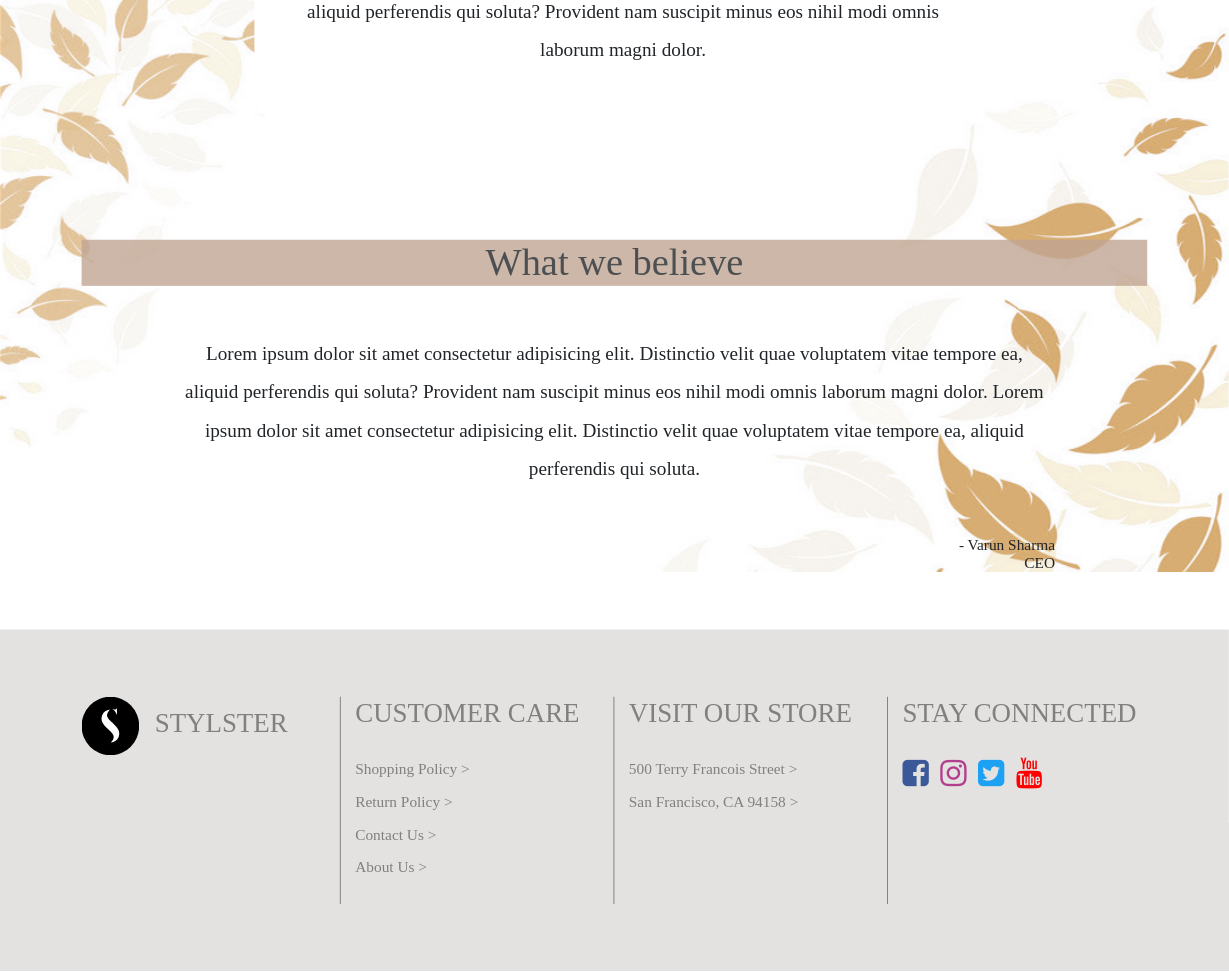
Repository: Lovekr/stylester
Page: stylster_frontend_design/career.html
The author's editor kept a copy of each file at every save. The page is drawn from the files as they stood at one save, then again after the next save.
The browser window is 1280 px wide. The pictures show the part of the page from y = 731 to 1743 px (the page is 1743 px tall), at 96% of full size.
Some web fonts or font styles are not loaded; a fallback is used.

Above is the page before, as saved 2020-03-04 12:42:49.

### stylster_frontend_design/career.html
<!DOCTYPE html>
<html lang="en">
<head>
    <meta charset="UTF-8">
    <meta name="viewport" content="width=device-width, initial-scale=1.0">
    <link rel="stylesheet" href="https://stackpath.bootstrapcdn.com/bootstrap/4.4.1/css/bootstrap.min.css" >
     <link rel="stylesheet" href="./css/owl.carousel.css">
     <link rel="stylesheet" href="./css//owl.theme.default.min.css">
     <link rel="stylesheet" href="https://cdnjs.cloudflare.com/ajax/libs/font-awesome/4.7.0/css/font-awesome.min.css">
    <link rel="stylesheet" href="./css/career.css">

    <title>STYLSTER</title>
</head>
<body>


  <div id="navbar">
    <nav class="navbar navbar-expand-lg navbar-light">
        <img class="pr-3"
        src="./asset/stylster logo1-01.svg"><a class="navbar-brand" href="#">STYLSTER</a>

      <button class="navbar-toggler" type="button" data-toggle="collapse" data-target="#navbarSupportedContent" aria-controls="navbarSupportedContent" aria-expanded="false" aria-label="Toggle navigation">
        <span class="navbar-toggler-icon"></span>
    </button>
        <div class="collapse navbar-collapse" id="navbarSupportedContent">
          <input type="text" placeholder="e.g. T-shirt, Top ...">
          <div class="navbar-manu-inside">
            <a href="#">MEN</a>
            <a href="#">WOMEN</a>
            <a href="#">DEALS</a>
            <a href="#">STYLE PICK</a>
            <a href="#">BLOGGER NETWORK</a>
            <a href="#">ABOUT</a>
          </div>
          <div class="displaynone1000">
            <div>
                <i class="fa fa-facebook-square"></i>
                <i class="fa fa-instagram"></i>
                <i class="fa fa-pinterest-square"></i>
                <i class="fa fa-youtube"></i>
              </div>
              <div class="flexIcon">
                <i class="fa fa-heart border border-dark"></i>
                    <i class="fa fa-user border border-dark"></i>
              </div>
          </div>
        </div>

    </nav>
    <div class="navbar-manu">
      <a href="#">MEN</a>
      <a href="#">WOMEN</a>
      <a href="#">DEALS</a>
      <a href="#">STYLE PICK</a>
      <a href="#">BLOGGER NETWORK</a>
      <a href="#">ABOUT</a>
    </div>
</div>
<div class="container mt-5 interested text-center">
  <div class="flex1">
       <h4 class="mr-3 pb-2">I'm Interested in </h4>
       <select class="mr-3 mb-2 form-control" id="exampleFormControlSelect1">
           <option>Choose your category </option>
           <option>2</option>
           <option>3</option>
           <option>4</option>
           <option>5</option>
       </select>
       <div>
           <button type="button" class="btn">GO</button>
       </div>
  </div>
</div>
    <div class="main-header bgOffice">
        <h1 class="career-header">Join Stylster...</h1>
    </div>


     <div class="container-fluid backgroundimg">
           <div class="career-sub-text">
                <p >Lorem ipsum dolor sit amet consectetur adipisicing elit. Distinctio velit quae voluptatem vitae tempore ea, aliquid perferendis qui soluta? Provident nam suscipit minus eos nihil modi omnis laborum magni dolor. Lorem ipsum dolor sit amet consectetur adipisicing elit. Distinctio velit quae voluptatem vitae tempore ea, aliquid perferendis qui soluta? Provident nam suscipit minus eos nihil modi omnis laborum magni dolor.</p>
            </div>
            <div class="text-center career-head-believe container">
                <h1>What we believe</h1>
                <p>Lorem ipsum dolor sit amet consectetur adipisicing elit. Distinctio velit quae voluptatem vitae tempore ea, aliquid perferendis qui soluta? Provident nam suscipit minus eos nihil modi omnis laborum magni dolor. Lorem ipsum dolor sit amet consectetur adipisicing elit. Distinctio velit quae voluptatem vitae tempore ea, aliquid perferendis qui soluta.</p>
               <div class="text-right mr-5 pr-5">
                <h6>- Varun Sharma </h6>
                <h6 class="">CEO</h6>
               </div>
            </div>
        </div>


        <div id="footer" class="container-fluid">
          <div class="row">
              <div class="col-xs-12 col-sm-6 col-md-3 rline">
                <h3 class="footer-stylster"><img class="pr-3" src="./asset/stylster logo1-01.svg">STYLSTER</h1>


              </div>
              <div class="col-xs-12 col-sm-6 col-md-3 rline rline3">
                  <h3>CUSTOMER CARE</h3>
                  <ul>
                      <li><a href="#">Shopping Policy ></a></li>
                      <li><a href="#">Return Policy ></a></li>
                      <li><a href="#">Contact Us ></a></li>
                      <li><a href="#">About Us ></a></li>
                  </ul>

              </div>
              <div class="col-xs-12 col-sm-6 col-md-3 rline">
                  <h3>VISIT OUR STORE</h3>
                  <ul>
                      <li><a href="#">500 Terry Francois Street ></a></li>
                      <li><a href="#">San Francisco, CA 94158 ></a></li>

                  </ul>
              </div>
              <div class="col-xs-12 col-sm-6 col-md-3 rline2">
                  <h3>STAY CONNECTED</h3>
                  <div class="mt-4">
                      <a href="#"><i class="fa fa-facebook-square fa-2x pr-2"></i></a>
                      <a href="#"><i class="fa fa-instagram fa-2x pr-2"></i></a>
                      <a href="#"><i class="fa fa-twitter-square fa-2x pr-2"></i></a>
                      <a href="#"><i class="fa fa-youtube fa-2x "></i></a>

                  </div>
              </div>
          </div>
        </div>


<script src="https://code.jquery.com/jquery-3.4.1.slim.min.js" ></script>
<script src="https://cdn.jsdelivr.net/npm/popper.js@1.16.0/dist/umd/popper.min.js" ></script>
<script src="https://stackpath.bootstrapcdn.com/bootstrap/4.4.1/js/bootstrap.min.js" ></script>

</body>
</html>

### stylster_frontend_design/css/career.css
@import url('https://fonts.googleapis.com/css?family=Allerta+Stencil&display=swap');
html *
{
    font-family: 'Allerta Stencil';

}
*{
    margin: 0;
    padding: 0;
}
h1,h2,h3,h4,h5,h6,p{
    padding: 0px;
    margin: 0px;
}
.backgroundimg {
    background: url("../asset/brown\ leaf-01.svg");
    background-size: cover;
    width: 100%;
}

/* navbar */


#navbar{
    background-color: rgb(218, 214, 214) !important;
}
#navbar .navbar-brand{
    font-size: 40px;
    font-weight: 500;
}
#navbar i{
    margin-right: 10px;
    font-size: 20px;
}

#navbar .nav-link{
    color: black;
    margin:0px 20px 0px 20px;
    text-decoration: underline;
    font-weight: 500;
}

.flexIcon{
    display: flex;
    justify-content: center;
    width: 100%;
}
.flexIcon i{

   width: 30px;
   padding: 3px  7px;
   height: 25px;
}

#navbar input{
    width: 65%;
    margin:auto 200px auto 30px;
     outline: 0;
    border-width: 0 0 2px;
    border-color: rgb(179, 174, 174);
    background-color: rgb(218, 214, 214) !important;

}
#navbar input:focus {
    border-color: black
  }
  #navbar input::placeholder{
      padding-left: 10px;
  }

.navbar-manu{
    display: flex;
    justify-content: center;
}
.navbar-manu a{
    margin: 10px 50px;
}
.navbar-manu a{
    color: black !important;
   font-weight: 500;
}
.navbar-manu a:hover{
    text-decoration: underline;
}
.fa-facebook-square {
    color: #3b5998;
  }
.fa-instagram {
    color: #B43E8E;
}
.fa-pinterest-square {
    color: #bd081c;
}
.fa-youtube {
      color: #FF0000;
}
.fa-twitter-square {
    color: #1da1f2;
}
::placeholder {
    color:white !important;
}
@media only screen and (min-width: 1000px){
    .navbar-manu-inside{
        display: none;
    }
}

@media only screen and (max-width: 1000px){
    .displaynone1000{
        display: none;
    }
    .navbar-manu{
        display: none;

    }

    .navbar-manu-inside {
        display: flex;
        flex-direction: column;
        margin: 20px 0px 20px 30px;
        padding: 20px 0px;
    }

    .navbar-manu-inside a{
            margin: 10px 0px;
            color: black !important;
            font-weight: 500;
    }

}
@media only screen and (max-width: 1024px){
    #navbar input {
    width: 50%;
    }
    .navbar-manu a {
        margin: 10px 20px;
    }
}

@media only screen and (max-width: 770px){
    #navbar input {
        width: 70%;
    }
}

@media only screen and (max-width: 450px){
    #navbar input {
        width: 100%;
        margin:auto;
        margin-top: 15px;
    }
}











  /* main header */

  .bgOffice{
      background: url('https://images.unsplash.com/photo-1497366811353-6870744d04b2?ixlib=rb-1.2.1&ixid=eyJhcHBfaWQiOjEyMDd9&auto=format&fit=crop&w=750&q=80');
      background-size: cover;
      width: 100%;
      height: 70vh;
      background-position: center;
      background-repeat: no-repeat;


    }

.bgOffice .career-header{
    position: relative;
    top: 32%;
    width: 900px !important;
    text-align: right;

    font-size: 80px;
    background-color: #c1a693;
    opacity: 1.7;
    padding: 3px 20px;
    width: 500px;
}

.career-sub-text{
    background-color: white;
    width: 60vw;
    position: relative;;
   top: -218px;
   left: 20%;
    line-height: 40px;
    padding: 50px;
    width: 100;
    border-radius: 20px;
    align-items: center;
    font-size: 20px;
    text-align: center;
}
.career-head-believe{
    margin-top:-90px !important;
}
.career-head-believe h1{
     background-color: #c1a693;
     padding: 0px 300px;
     opacity: .8;
}

.career-head-believe p{
    padding: 50px 100px;
    font-size: 20px;
    line-height: 40px;
}
.interested{
    padding: 0px 150px;

}
.interested select{
    width: 400px;
}

.interested .form-control{
    color: white;
    background-color: black;
}
.interested .btn{
    background-color: black;
    color: white;
    font-weight: 600;
}
.interested button:hover{
    background-color: rgb(163, 157, 157);
    color: black;
}
.interested .flex1{
    display: flex;
    justify-content: center;
}

/* responsive 1024 */


@media only screen and (max-width: 1100px) {
    #navbar .displaynone1000{
       display: none;
    }
    .bgOffice .career-header {
        width: 730px !important;
    }
    .career-sub-text {
        bottom: -10%;
        font-size: 25px;
    }
    .career-head-believe p{
        font-size: 25px;
    }


}

/* responsive 770 */

@media only screen and (max-width: 770px) {

  .career-head-believe p {
        padding: 50px 100px;
    }

    .career-sub-text {
        width: 80vw;
        left: 10%;
        bottom: -20% !important;
        font-size: 18px;

    }
    .bgOffice .career-header {
        width: 650px !important;
    }
    .career-head-believe{
        margin-top: 300px;
    }
    .career-head-believe h1{
        padding: 0px  100px;
    }
    .career-head-believe p{
        font-size: 18px;
    }
    .interested .flex1{

    }
    .flex1{
        display: flex;
        flex-direction: column;
        justify-content: center;
    }

}


/* footer */


#footer .row{
    padding: 70px;

}

#footer{
    margin-top: 60px;
    background-color: rgb(228, 226, 225);
}
/* .footer-stylster{
    line-height: 0;
} */
#footer ul {
    list-style: none;
}
#footer a,#footer h3{
    color: gray;
}
#footer a:hover{
    color: black;
    font-weight: 500;
}

.rline{
    border-right: 1px solid gray;

}

#footer ul li{
    padding-bottom: 10px;
}
#footer h3{
    margin-bottom: 30px;
}

@media only screen and (max-width: 770px){


    #footer .row {
        padding: 30px;
    }


}

@media only screen and (max-width: 420px){

    .rline{
        border: none;
    }

}


@media only screen and (max-width: 1024px){
    .career-sub-text {
        bottom: -5%;
    }
    .career-sub-text {

        width: 80vw;

        top: -200px;
        left: 10%;

    }
}

/* min 1024 */
@media only screen and (min-width: 1030px) {

    .bgOffice .career-header {
        width: 650px ;
    }
    .career-sub-text {
        bottom: -30%;
    }

}

@media only screen and (max-width: 380px){
    /* .career-sub-text {
        bottom: -20;
    } */
}
/* max 400 */
@media only screen and (max-width: 450px){
    .bgOffice .career-header {
        width: 300px !important;
        font-size: 30px;
    }
    .career-head-believe{
        margin-top: -180px !important;
    }
    .interested {
        align-items: center;
    }
    .interested select{
        width: 250px;
        display: flex !important;
        width: 100%;
        justify-content: center;
    }
    .form-control{
        display: none;
    }
    .career-sub-text{
        font-size: 14px;
        line-height: 1.5;
        padding: 20px;
        width: 80vw;
        left: 7%;
    }
    .career-head-believe{
         margin-top: 200px;
    }
    .career-head-believe p{
        padding: 50px 20px;
        line-height: 1.5;
        font-size: 14px;
    }
    .career-sub-text {
        bottom: -25%;
    }
    .interested {
        padding: 0px 50px;
    }
    .career-head-believe h1{
        padding: 0px  50px;
        font-size: 30px;
    }
    .interested .btn{
        padding: 0;
    height: 35px;
    width: 50px;
    }


}

/* @media only screen and (max-width: 500px){
    .bgOffice .career-header {
        top: ;
} */

Loaded but not shown: stylster_frontend_design/css/owl.carousel.css (library); stylster_frontend_design/css/owl.theme.default.min.css (common file)

After the next save:
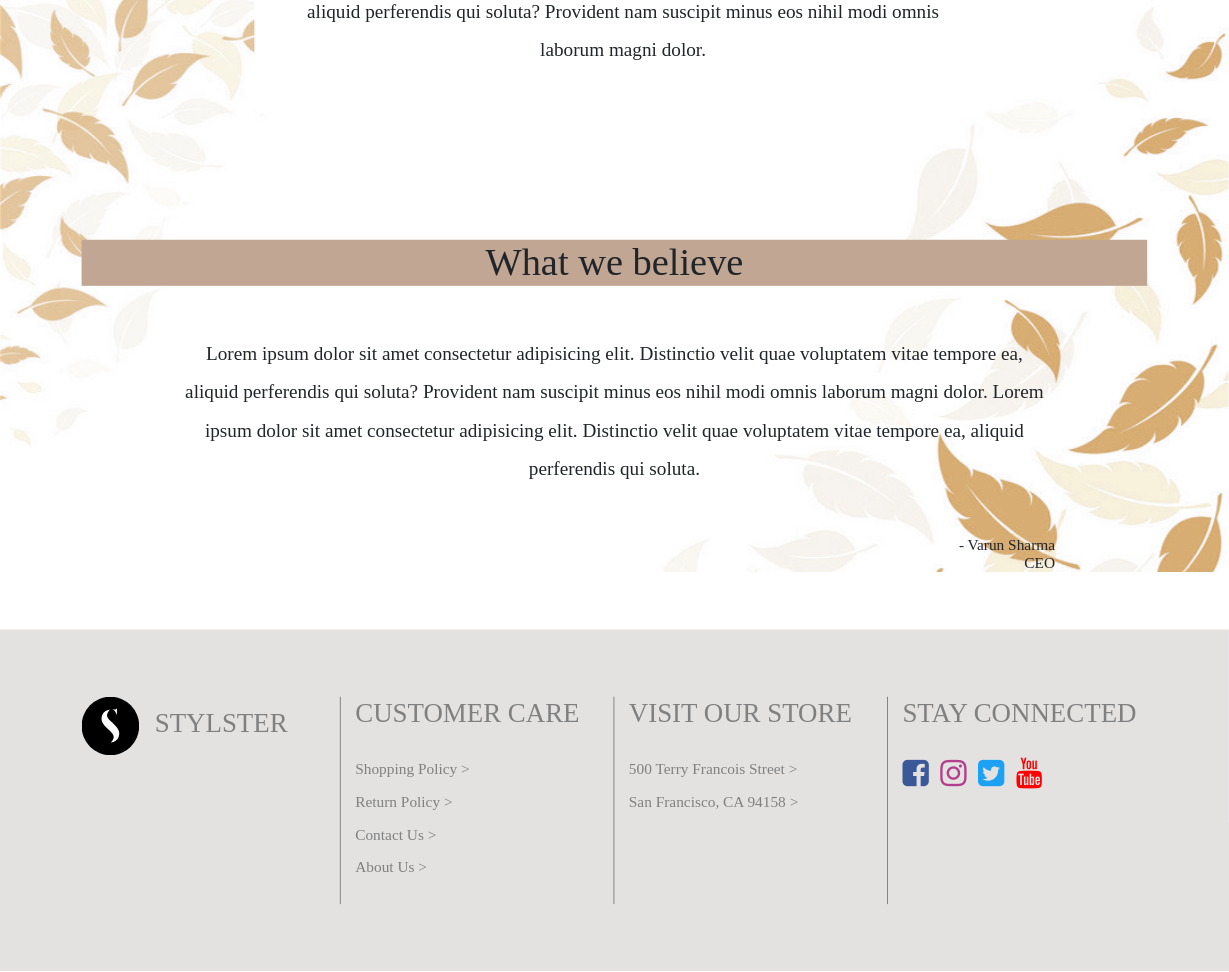
Saved 78 s later.
--- a/stylster_frontend_design/css/career.css
+++ b/stylster_frontend_design/css/career.css
@@ -208,7 +208,7 @@
 .career-head-believe h1{
      background-color: #c1a693;
      padding: 0px 300px;
-     opacity: .8;
+     opacity: 1.8;
 }
 
 .career-head-believe p{
